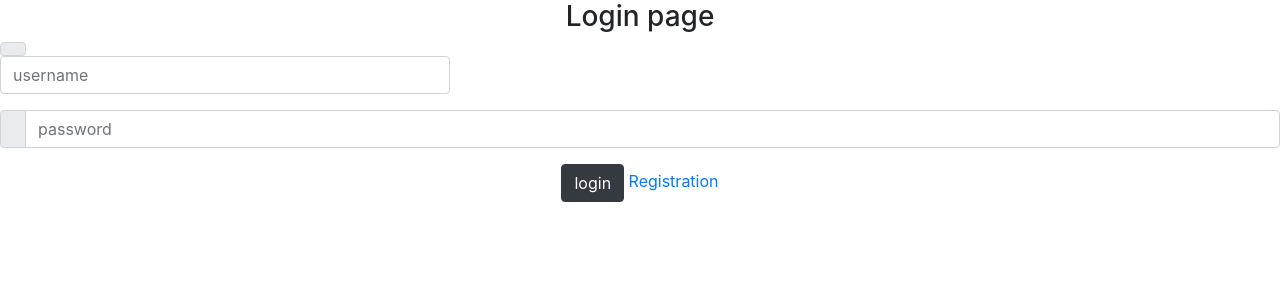
Repository: vishnushelke/LoginPage
Page: http://localhost/MyLoginPage/Login.jsp
These files come from the project's save history. The page is drawn as it stood at one moment and after the next save; the edit follows.
The browser window is 1280 px wide. The pictures show the whole page.
The page is served by Tomcat 9.

Above is the page before, as saved 2019-10-10 06:30:16.

After the next save:
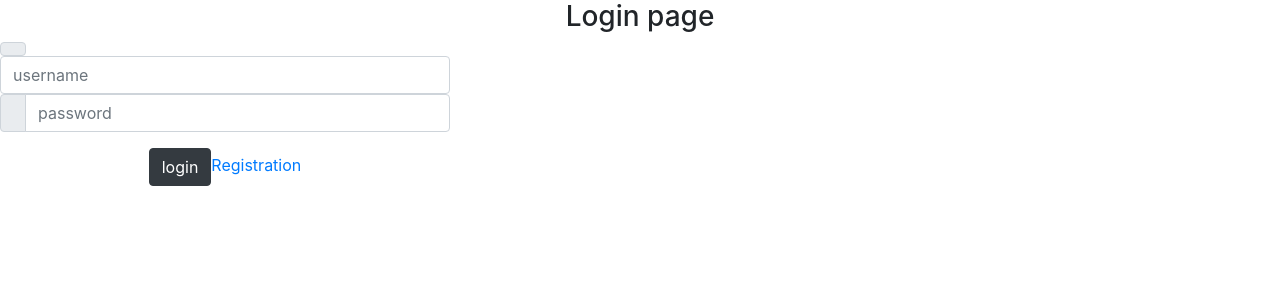
Saved 2 min 33 s later.
--- a/MyLoginPage/WebContent/Login.jsp
+++ b/MyLoginPage/WebContent/Login.jsp
@@ -1,45 +1,49 @@
 <%@ page language="java" contentType="text/html; charset=UTF-8"
-    pageEncoding="UTF-8"%>
+	pageEncoding="UTF-8"%>
 <!DOCTYPE html>
 <html>
 <head>
 <meta charset="UTF-8">
 <title>Insert title here</title>
 <link rel="stylesheet"
-href="https://maxcdn.bootstrapcdn.com/bootstrap/4.3.1/css/bootstrap.min.css">
+	href="https://maxcdn.bootstrapcdn.com/bootstrap/4.3.1/css/bootstrap.min.css">
 <script
-src="https://ajax.googleapis.com/ajax/libs/jquery/3.4.1/jquery.min.js"></script>
+	src="https://ajax.googleapis.com/ajax/libs/jquery/3.4.1/jquery.min.js"></script>
 <script
-src="https://cdnjs.cloudflare.com/ajax/libs/popper.js/1.14.7/umd/popper.min.js"></script>
+	src="https://cdnjs.cloudflare.com/ajax/libs/popper.js/1.14.7/umd/popper.min.js"></script>
 <script
-src="https://maxcdn.bootstrapcdn.com/bootstrap/4.3.1/js/bootstrap.min.js"></script>
+	src="https://maxcdn.bootstrapcdn.com/bootstrap/4.3.1/js/bootstrap.min.js"></script>
 </head>
 <body>
-<form action="login" method="post">
-<div style='text-align:center'>
+	<form action="login" method="post">
+		<div style='text-align: center'>
 
-<h3>Login page</h3>
+			<h3>Login page</h3>
 
-<div class="input-group mb-3">
-<fieldset style="width:450px">
-  <div class="input-group-prepend">
-    <span class="input-group-text" id="basic-addon1"></span>
-  </div>
-  <input type="text" class="form-control" name="username" placeholder="username" aria-label="username" aria-describedby="basic-addon1">
-  </fieldset>
-</div>
-<div class="input-group mb-3">
-  <div class="input-group-prepend">
-    <span class="input-group-text" id="basic-addon1"></span>
-  </div>
-  <input type="password" class="form-control" name="password" placeholder="password" aria-label="password" aria-describedby="basic-addon1">
-</div>
+			<div class="input-group mb-3">
+				<fieldset style="width: 450px">
+					<div class="input-group-prepend">
+						<span class="input-group-text" id="basic-addon1"></span>
+					</div>
+					<input type="text" class="form-control" name="username"
+						placeholder="username" aria-label="username"
+						aria-describedby="basic-addon1">
 
-<input type="submit" value="login" class="btn btn-dark"></button> <a href="register.jsp">Registration</a>
+					<div class="input-group mb-3">
+						<div class="input-group-prepend">
+							<span class="input-group-text" id="basic-addon1"></span>
+						</div>
+						<input type="password" class="form-control" name="password"
+							placeholder="password" aria-label="password"
+							aria-describedby="basic-addon1">
+					</div>
 
-</div>
+					<input type="submit" value="login" class="btn btn-dark"><a href="register.jsp">Registration</a>
 
-</form>
+				</fieldset>
+			</div>
+		</div>
+	</form>
 
 </body>
 
